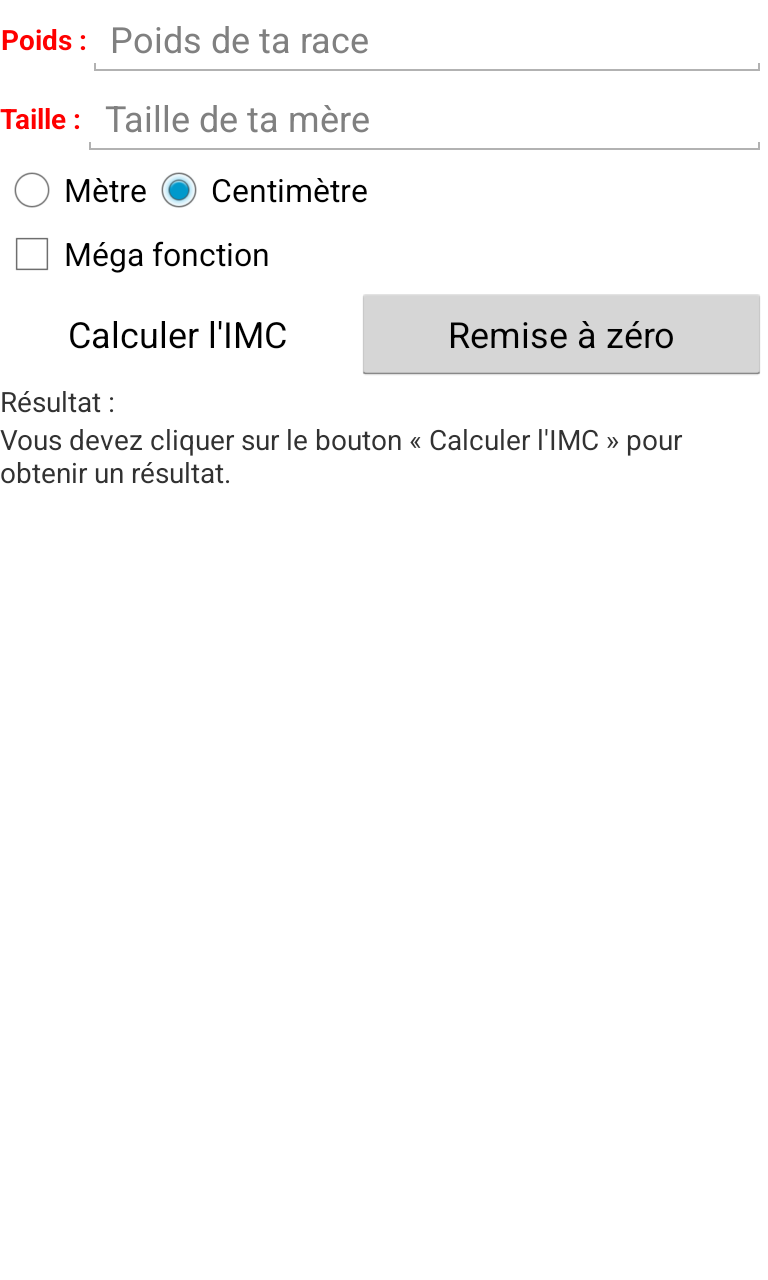
Repository: BlackyFox/PST4-NFC
Layout: Antoine/App_test/res/layout/activity_main.xml
An editor plug-in stored every save of this project. The layout is shown before and after the next save, followed by the edit.
It is drawn on a 768 x 1280 px phone screen (xhdpi) without system bars, with theme AppTheme; the app's code is not run.

Above is the layout before, as saved 2014-11-03 15:50:21.

After the next save:
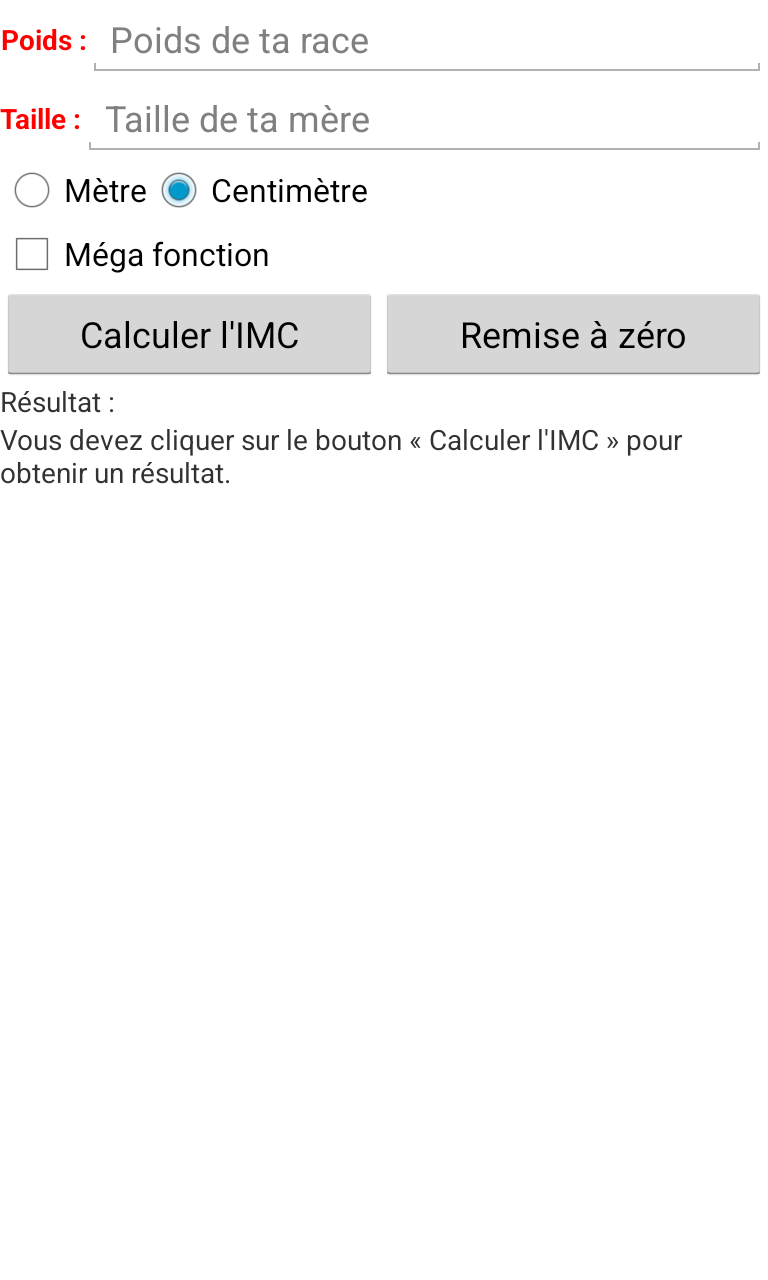
Saved 19 s later.
--- a/Antoine/App_test/res/layout/activity_main.xml
+++ b/Antoine/App_test/res/layout/activity_main.xml
@@ -80,7 +80,9 @@
           android:layout_height="wrap_content"
           android:text="@string/calcul"
           android:layout_weight="1"
-          android:background="?android:attr/selectableItemBackground"/><!-- bug 1 fois sur 2 -->
+          /><!--
+          android:background="?android:attr/selectableItemBackground"
+          bug 1 fois sur 2 -->
       <Button
           android:id="@+id/raz"
           android:layout_width="wrap_content"
